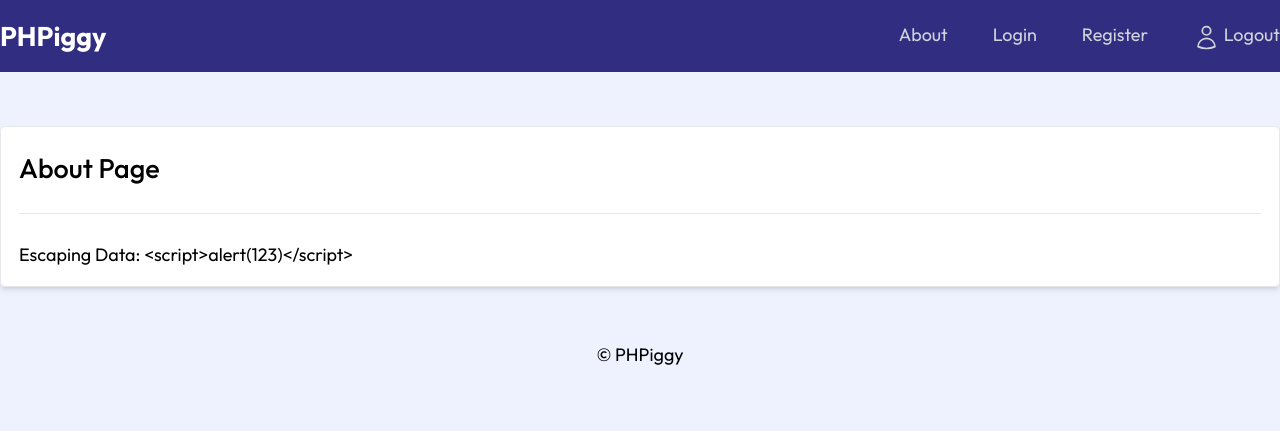
Repository: Conjet/PHPiggy
Page: http://localhost/about
These files come from the project's save history. The page is drawn as it stood at one moment and after the next save; the edit follows.
The browser window is 1280 px wide. The pictures show the whole page.
The page is run by PHP 8.4 with error messages shown; the project is at /var/www/html/.

Above is the page before, as saved 2023-08-30 20:41:39.

### public/index.php
<?php

include __DIR__."/../src/App/functions.php";

$app = include __DIR__.'/../src/App/bootstrap.php';

$app->run();

### src/App/functions.php
<?php

declare(strict_types=1);

function dd(mixed $value)
{
    echo '<pre>';
    var_dump($value);
    echo '</pre>';
    die();
}

function e(mixed $value): string
{
    return htmlspecialchars((string) $value);
}

### src/App/bootstrap.php
<?php

declare(strict_types=1);

require __DIR__ . '/../../vendor/autoload.php';

use Framework\App;
use App\Controllers\{HomeController, AboutController};

$app = new App();

$app->get('/', [HomeController::class, 'home']);
$app->get('/about', [AboutController::class, 'about']);

return $app;

### src/Framework/App.php
<?php

declare(strict_types=1);

namespace Framework;

class App {

    private Router $router;

    public function __construct()
    {
        $this->router = new Router();
    }

    public function run()
    {
        $path = parse_url($_SERVER['REQUEST_URI'], PHP_URL_PATH);
        $method = $_SERVER['REQUEST_METHOD'];

        $this->router->dispatch($path, $method);
    }

    public function get(string $path, array $controller)
    {
        $this->router->add('GET', $path, $controller);
    }
}

### src/Framework/Router.php
<?php

declare(strict_types=1);

namespace Framework;

class Router
{
    private array $routes = [];

    public function add(string $method, string $path, array $controller)
    {

        $path = $this->normalizePath($path);

        $this->routes[] = [
            'path' => $path,
            'method' => strtoupper($method),
            'controller' => $controller
        ];
    }

    private function normalizePath(string $path): string
    {
        // #[/]{2,}#
        $path = trim($path, '/');
        $path = '/' . $path . '/';
        $path = preg_replace('#[/]{2,}#', '/', $path);

        return $path;
    }

    public function dispatch(string $path, string $method)
    {
        $path = $this->normalizePath($path);
        $method = strtoupper($method);

        foreach ($this->routes as $route) {
            if (!preg_match("#^{$route['path']}$#", $path) || $route['method'] !== $method) {
                continue;
            }

            [$class, $function] = $route['controller'];

            $controllerInstance = new $class;

            $controllerInstance->$function();
        }
    }
}

### src/App/Controllers/AboutController.php
<?php

declare(strict_types=1);

namespace App\Controllers;

use Framework\TemplateEngine;
use App\Config\Paths;

class AboutController
{

    private TemplateEngine $view;

    public function __construct()
    {
        $this->view = new TemplateEngine(Paths::VIEW);
    }

    public function about()
    {
        echo $this->view->render('/about.php', [
            'title' => 'Abouts',
            'dangerousData' => '<script>alert(123)</script>'
        ]);
    }
}

### src/Framework/TemplateEngine.php
<?php

declare(strict_types=1);

namespace Framework;

class TemplateEngine
{
    public function __construct(private string $basePath)
    {
    }

    public function render(string $template, array $data = [])
    {
        extract($data, EXTR_SKIP);

        ob_start();

        include $this->resolve($template);

        $output = ob_get_contents();

        ob_end_clean();

        return $output;
    }

    public function resolve(string $path)
    {
        return "{$this->basePath}/{$path}";
    }
}

### src/App/Config/Paths.php
<?php

declare(strict_types=1);

namespace App\Config;

class Paths
{
    public const VIEW = __DIR__ . "/../views";
}

### src/App/views/about.php
<?php include $this->resolve('partials/_header.php'); ?>

<!-- Start Main Content Area -->
<section class="container mx-auto mt-12 p-4 bg-white shadow-md border border-gray-200 rounded">
    <!-- Page Title -->
    <h3>About Page</h3>

    <hr />

    <!-- Escaping Data -->
    <p>Escaping Data: <?php echo e($dangerousData); ?></p>
</section>
<!-- End Main Content Area -->

<?php include $this->resolve('partials/_footer.php'); ?>

### src/App/views/partials/_header.php
<!DOCTYPE html>
<html lang="en">

<head>
    <meta charset="UTF-8" />
    <meta name="viewport" content="width=device-width, initial-scale=1.0" />
    <title>PHPiggy</title>

    <link rel="preconnect" href="https://fonts.googleapis.com" />
    <link rel="preconnect" href="https://fonts.gstatic.com" crossorigin />
    <link href="https://fonts.googleapis.com/css2?family=Outfit:wght@400;500;700&display=swap" rel="stylesheet" />
    <link rel="stylesheet" href="/assets/main.css" />
</head>

<body class="bg-indigo-50 font-['Outfit']">
    <!-- Start Header -->
    <header class="bg-indigo-900">
        <nav class="mx-auto flex container items-center justify-between py-4" aria-label="Global">
            <a href="/" class="-m-1.5 p-1.5 text-white text-2xl font-bold">PHPiggy</a>
            <!-- Navigation Links -->
            <div class="flex lg:gap-x-10">
                <a href="/about" class="text-gray-300 hover:text-white transition">About</a>
                <a href="/login" class="text-gray-300 hover:text-white transition">Login</a>
                <a href="/register" class="text-gray-300 hover:text-white transition">Register</a>
                <a href="/logout" class="text-gray-300 hover:text-white transition">
                    <svg xmlns="http://www.w3.org/2000/svg" fill="none" viewBox="0 0 24 24" stroke-width="1.5" stroke="currentColor" class="w-6 h-6 inline-block">
                        <path stroke-linecap="round" stroke-linejoin="round" d="M15.75 6a3.75 3.75 0 11-7.5 0 3.75 3.75 0 017.5 0zM4.501 20.118a7.5 7.5 0 0114.998 0A17.933 17.933 0 0112 21.75c-2.676 0-5.216-.584-7.499-1.632z" />
                    </svg>

                    Logout
                </a>
            </div>
        </nav>
    </header>
    <!-- End Header -->

Loaded but not shown: src/App/views/partials/_footer.php (common file); public/assets/main.css (1142 lines, source omitted)

After the next save:
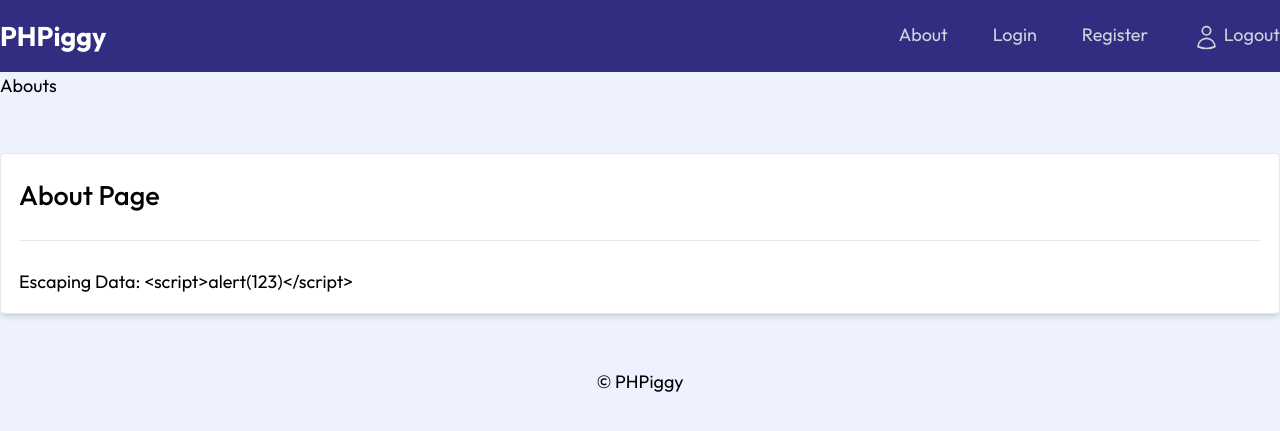
Saved 92 s later.
--- a/src/App/views/partials/_header.php
+++ b/src/App/views/partials/_header.php
@@ -33,3 +33,4 @@
         </nav>
     </header>
     <!-- End Header -->
+    <h1><?php echo ucfirst(e($title)); ?></h1>
